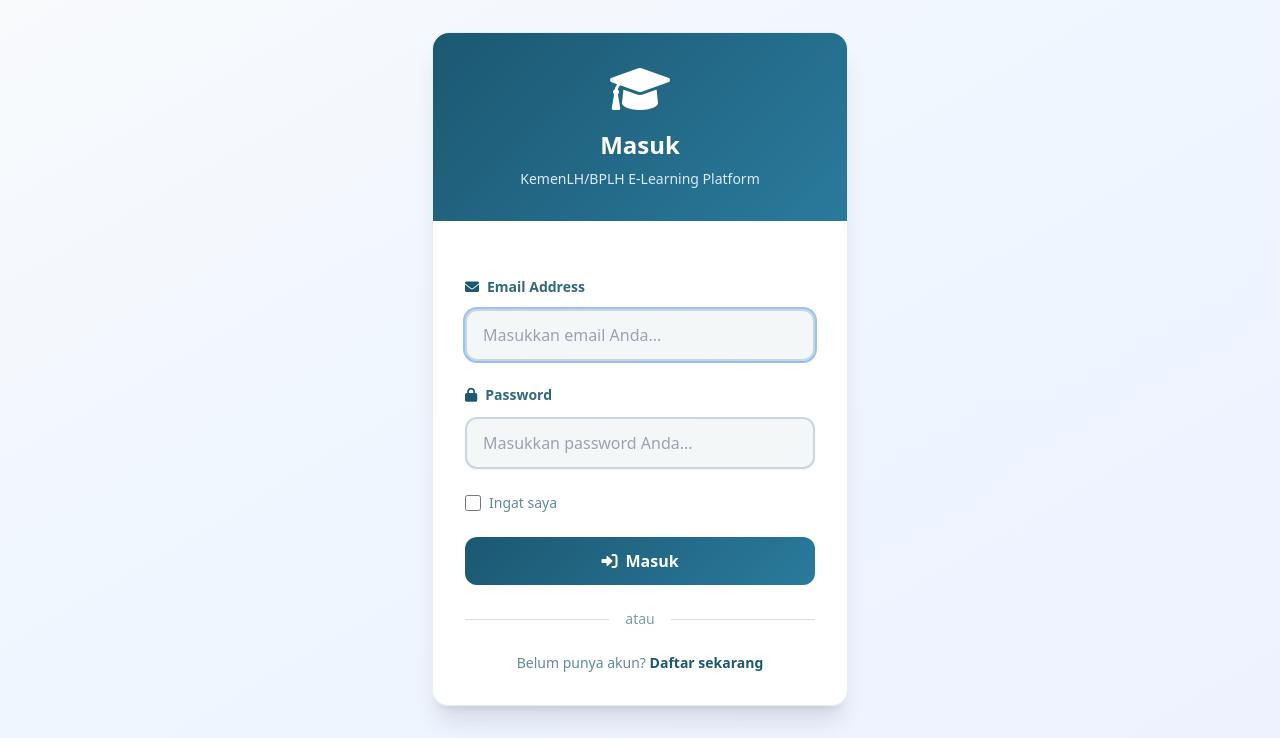
Repository: Autofat/LMS-MOOC
Page: http://localhost/login
These files come from the project's save history. The page is drawn as it stood at one moment and after the next save; the edit follows.
The browser window is 1280 px wide. The page is 1280 px wide, then 1287 px, so the pictures cover 1287 px, including what lies to the right of the window. The pictures show the whole page.
Some web libraries are served in a nearby version. The page is served by the project's Laravel application, run on PHP 8.4 with Laravel 12.

Above is the page before, as saved 2025-08-01 15:27:49.

After the next save:
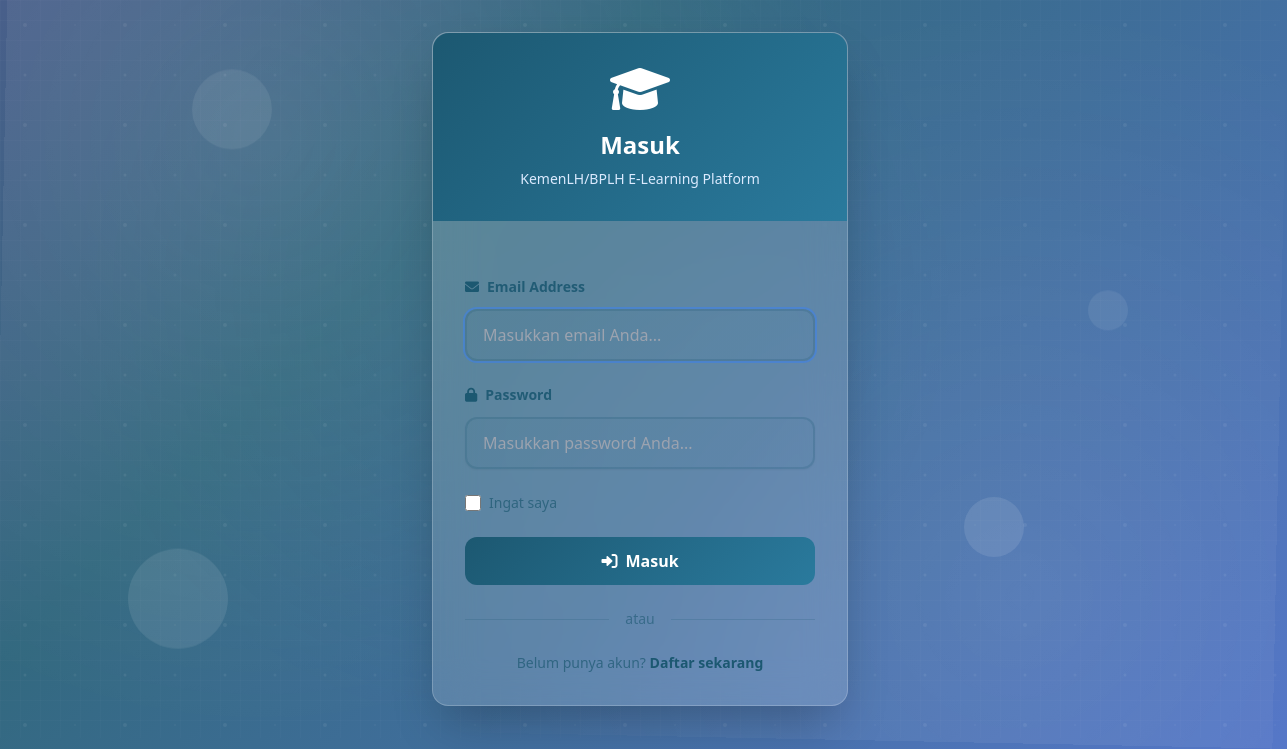
Saved 17 s later.
--- a/resources/views/auth/login.blade.php
+++ b/resources/views/auth/login.blade.php
@@ -120,9 +120,20 @@
     </style>
 </head>
 
-<body class="bg-gradient-to-br from-slate-50 via-blue-50 to-indigo-50 min-h-screen subtle-pattern flex items-center justify-center py-8">
-    <div class="max-w-md w-full mx-auto px-4">
-        <div class="bg-white/95 backdrop-blur-sm rounded-2xl shadow-xl border" style="border-color: rgba(28,88,113,0.1);">
+<body class="dynamic-background min-h-screen flex items-center justify-center py-8">
+    <!-- Geometric Pattern Overlay -->
+    <div class="geometric-pattern"></div>
+
+    <!-- Floating Elements -->
+    <div class="floating-elements">
+        <div class="floating-shape shape-1"></div>
+        <div class="floating-shape shape-2"></div>
+        <div class="floating-shape shape-3"></div>
+        <div class="floating-shape shape-4"></div>
+    </div>
+
+    <div class="max-w-md w-full mx-auto px-4 relative z-10">
+        <div class="glass-card rounded-2xl shadow-2xl">
             <!-- Header -->
             <div class="professional-gradient p-8 rounded-t-2xl text-center">
                 <div class="mb-4">
